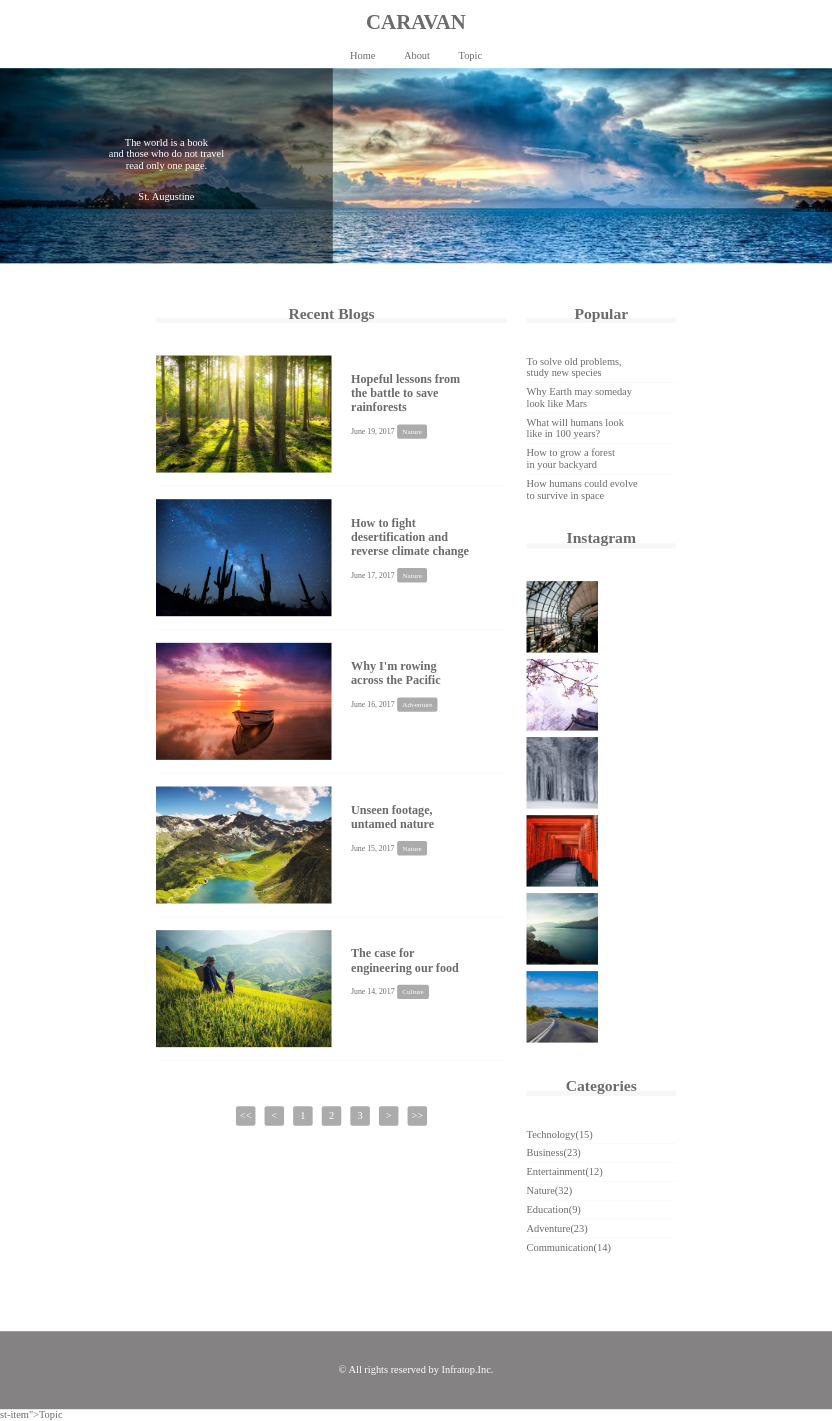
Repository: ayakodesu/html-practice
Page: caravan/index.html
The author's editor kept a record of every edit. The page is drawn from the files as they stood at one moment, then again after the next edit.
The browser window is 1280 px wide. The pictures show the whole page, at 65% of full size.

Above is the page before.

### caravan/index.html
<!DOCTYPE html>
<html lang="ja">
  <head>
    <meta charset="UTF-8" />
    <!-- CSSファイルの読み込み -->
    <link rel="stylesheet" href="style.css" />
    <title>CARAVAN</title>
  </head>

  <body>
    <!-- header -->
    <header>
      <h1 class="heading">
        <a href="index.html">
          CARAVAN
        </a>
      </h1>
    </header>

    <!-- navigation -->
    <nav>
      <ul class="nav-list">
        <li class="nav-list-item">
          <a href="index.html">Home</a>
        </li>
        <li class="nav-list-item">About</li>
        <li class="nav-list-item">Topic</li>
      </ul>
    </nav>

    <!-- main-visual用のdiv -->
    <div class="main-visual">
      <div class="main-visual-content">
        <p class="main-visual-text">
          The world is a book<br />
          and those who do not travel<br />
          read only one page.
        </p>
        <p class="main-visual-name">
          St. Augustine
        </p>
      </div>
    </div>

    <!-- main用のdiv -->
    <main>
      <section class="blog">
        <h2 class="blog-heading">Recent Blogs</h2>
        <div class="blog-box">
          <div class="blog-item">
            <img class="blog-image" src="img/forest.jpg" />
            <section class="blog-text">
              <h3 class="blog-text-heading">
                <a href="single.html">
                  Hopeful lessons from<br />
                  the battle to save<br />
                  rainforests
                </a>
              </h3>
              <p class="blog-date">June 19, 2017</p>
              <span class="category">Nature</span>
            </section>
          </div>
          <div class="blog-item">
            <img class="blog-image" src="img/desert.jpg" />
            <section class="blog-text">
              <h3 class="blog-text-heading">
                <a href="single.html">
                  How to fight<br />
                  desertification and<br />
                  reverse climate change
                </a>
              </h3>
              <p class="blog-date">June 17, 2017</p>
              <span class="category">Nature</span>
            </section>
          </div>
          <div class="blog-item">
            <img class="blog-image" src="img/sunset.jpg" />
            <section class="blog-text">
              <h3 class="blog-text-heading">
                <a href="single.html">
                  Why I'm rowing<br />
                  across the Pacific
                </a>
              </h3>
              <p class="blog-date">June 16, 2017</p>
              <span class="category">Adventure</span>
            </section>
          </div>
          <div class="blog-item">
            <img class="blog-image" src="img/italy.jpg" />
            <section class="blog-text">
              <h3 class="blog-text-heading">
                <a href="single.html">
                  Unseen footage,<br />
                  untamed nature
                </a>
              </h3>
              <p class="blog-date">June 15, 2017</p>
              <span class="category">Nature</span>
            </section>
          </div>
          <div class="blog-item">
            <img class="blog-image" src="img/asia.jpg" />
            <section class="blog-text">
              <h3 class="blog-text-heading">
                <a href="single.html">
                  The case for<br />
                  engineering our food
                </a>
              </h3>
              <p class="blog-date">June 14, 2017</p>
              <span class="category">Culture</span>
            </section>
          </div>
        </div>
        <div class="pagination">
          <p><<</p>
          <p><</p>
          <p>1</p>
          <p>2</p>
          <p>3</p>
          <p>></p>
          <p>>></p>
        </div>      </section>
      <div class="sidebar">
        <section class="popular">
          <h2 class="popular-heading common-heading">Popular</h2>
          <div class="sidebar-contents">
            <p class="popular-text">
              To solve old problems,<br />study new species
            </p>
            <p class="popular-text">
              Why Earth may someday<br />look like Mars
            </p>
            <p class="popular-text">
              What will humans look<br />like in 100 years?
            </p>
            <p class="popular-text">
              How to grow a forest<br />in your backyard
            </p>
            <p class="popular-text">
              How humans could evolve<br />to survive in space
            </p>
          </div>
        </section>
        <section class="instagram">
          <h2 class="instagram-heading common-heading">Instagram</h2>
          <div class="sidebar-contents">
            <div class="instagram-box"></div>
            <div class="instagram-box"></div>
            <div class="instagram-box"></div>
            <div class="instagram-box"></div>
            <div class="instagram-box"></div>
            <div class="instagram-box"></div>
          </div>
        </section>
        <section class="categories">
          <h2 class="categories-heading common-heading">Categories</h2>
          <div class="sidebar-contents">
            <p class="categories-text">Technology(15)</p>
            <p class="categories-text">Business(23)</p>
            <p class="categories-text">Entertainment(12)</p>
            <p class="categories-text">Nature(32)</p>
            <p class="categories-text">Education(9)</p>
            <p class="categories-text">Adventure(23)</p>
            <p class="categories-text">Communication(14)</p>
          </div>
        </section>
      </div>
    </main>

    <!-- footer -->
    <footer>
      <p class="footer-text">© All rights reserved by Infratop.Inc.</p>
    </footer>
  </body>
</html>st-item">Topic</li>
      </ul>
    </nav>

### caravan/style.css
/* ブラウザがそれぞれ持っているCSSをリセットするための記述*/
 * {
  margin: 0;
  padding: 0;
  box-sizing: border-box;
  color: #6c6b6b;
}

a {
  text-decoration: none;
}

header {
  width: 90%; /* 横幅90% */
  padding: 15px 0;
  margin: 0 auto;
  text-align: center;
}

header .heading { /* headerタグ内のheadingクラスにのみ反映される */
  font-size: 32px;
}

.nav-list {
  text-align: center;
  padding: 10px 0;
  margin: 0 auto;
}

.nav-list-item {
  list-style: none;
  display: inline-block;
  margin: 0 20px;
}

.main-visual {
  width: 100%; /* 横幅いっぱい */
  height: 300px; /* 高さ300px */
   background-image: url(img/mv.jpg);
   background-size: cover;
   background-position: center;
}

.main-visual-content {
  width: 40%;
  height: 300px;
  background-color: rgba( 0, 0, 0, 0.5);
  text-align: center;
  padding-top: 105px;
}

.main-visual-text {
  color: #fff; /* 文字色を白に変更 */
}

.main-visual-name {
  margin-top: 30px; /* 上側の外側の余白 */
  color: #fff; /* 文字色を白に変更 */
}

main {
  width: 800px;
  display:flex;
  justify-content: center;
  margin: 0 auto;
  padding: 70px 0;
}


.blog {
  width: 540px;
  margin-right: 30px;
}

.blog-heading {
  border-bottom: 8px solid #f7f7f7;
  text-align: center;
  line-height: 0.6;
}

.blog-box {
  padding-top: 50px;
}

.blog-item {
  padding-bottom: 20px;
  margin-bottom: 20px;
  border-bottom: 1px solid #f7f7f7;
  display: flex;
  justify-content: flex-start;
}

.blog-image {
  height: 180px;
}

.blog-text {
  padding: 25px 0 0 30px;
}

.blog-text-heading {
  padding-bottom: 15px;
}



.blog-date {
  font-size: 12px;
  display: inline-block;
}

.category {
  display: inline-block;
  padding: 5px 8px;
  background-color: #acabab;
  border-radius: 3px;
  color: #fff;
  font-size: 11px;
}

.pagination {
  text-align: center;
  padding-top: 50px;
}

.pagination p {
  display: inline-block;
  width: 30px;
  height: 30px;
  margin: 0 5px;
  color: #fff;
  background-color: #acabab;
  border-radius: 3px;
  line-height: 30px;
}



.sidebar {
  width: 230px;
}

.common-heading {
  border-bottom: 8px solid #f7f7f7;
  text-align: center;
  line-height: 0.6;
}

.sidebar-contents {
  padding: 50px 0;
}

.popular-text,
.categories-text {
  padding-bottom: 5px;
  border-bottom: 1px solid #f7f7f7;
  margin-bottom: 5px;
}

.popular-text:last-child,
.categories-text:last-child {
  margin: 0;
  padding: 0;
  border: none;
}

.instagram .sidebar-contents {
  deisplay: flex;
  flex-wrap: wrap;
}

.instagram-box {
  width: 110px;
  padding-top: 110px;
  background-size: cover;
  background-position: center;
  margin-bottom: 10px;
}

.instagram-box:nth-child(odd) {
  margin: 0 10px 10px 0;
}

.instagram-box:nth-child(1) {
  background-image: url(img/airport.jpg);
}

.instagram-box:nth-child(2) {
  background-image: url(img/japan.jpg);
}

.instagram-box:nth-child(3) {
  background-image: url(img/snow.jpg);
}

.instagram-box:nth-child(4) {
  background-image: url(img/japan2.jpg);
}

.instagram-box:nth-child(5) {
  background-image: url(img/lake.jpg);
}

.instagram-box:nth-child(6) {
  background-image: url(img/road.jpg);
}






footer {
  width: 100%;
  height: 120px;
  text-align: center;
  line-height: 120px;
  background-color: #848282;
}

.footer-text {
  color: #fff;
}

After the next edit:
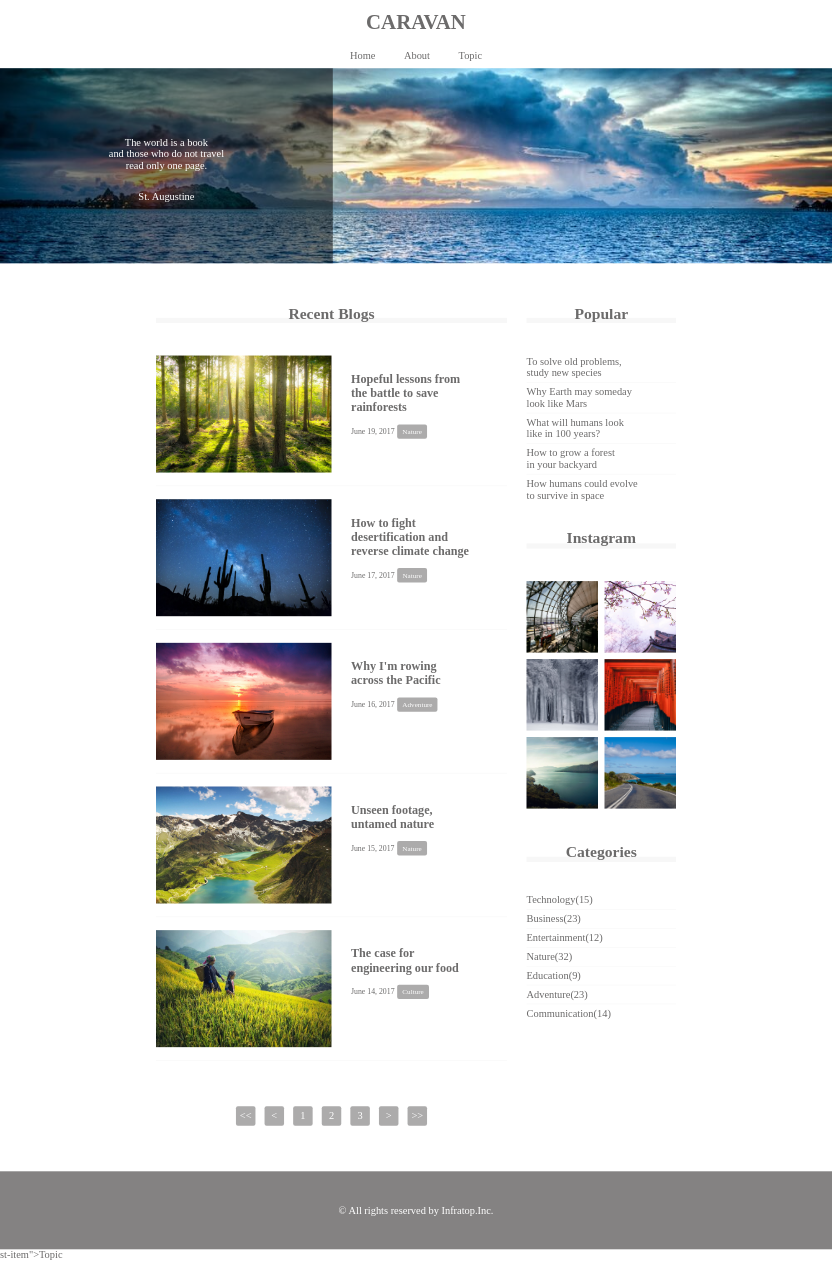
The edit:
--- a/caravan/style.css
+++ b/caravan/style.css
@@ -1,5 +1,5 @@
-/* ブラウザがそれぞれ持っているCSSをリセットするための記述*/
- * {
+/* ブラウザがそれぞれ持っているCSSをリセットするための記述 */
+* {
   margin: 0;
   padding: 0;
   box-sizing: border-box;
@@ -17,7 +17,8 @@
   text-align: center;
 }
 
-header .heading { /* headerタグ内のheadingクラスにのみ反映される */
+header .heading {
+  /* headerタグ内のheadingクラスにのみ反映される */
   font-size: 32px;
 }
 
@@ -36,17 +37,17 @@
 .main-visual {
   width: 100%; /* 横幅いっぱい */
   height: 300px; /* 高さ300px */
-   background-image: url(img/mv.jpg);
-   background-size: cover;
-   background-position: center;
+  background-image: url(img/mv.jpg);
+  background-size: cover; /* 縦横比を維持したまま背景領域を埋め尽くす */
+  background-position: center; /* 背景画像を中央に配置 */
 }
 
 .main-visual-content {
-  width: 40%;
-  height: 300px;
-  background-color: rgba( 0, 0, 0, 0.5);
-  text-align: center;
-  padding-top: 105px;
+  width: 40%; /* 横幅40% */
+  height: 300px; /* 親の高さに揃える */
+  background-color: rgba(0, 0, 0, 0.5); /* 背景色を半透明の黒にする */
+  text-align: center; /* 文字を中央揃えにする */
+  padding-top: 105px; /* 上側の内側余白で垂直方向の位置を調整 */
 }
 
 .main-visual-text {
@@ -59,17 +60,16 @@
 }
 
 main {
-  width: 800px;
-  display:flex;
-  justify-content: center;
-  margin: 0 auto;
-  padding: 70px 0;
-}
-
+  width: 800px; /* 横幅800px */
+  display: flex; /* Flexboxの利用 */
+  justify-content: center; /* 要素の横並び・中央寄せ */
+  margin: 0 auto; /* 要素の中央揃え */
+  padding: 70px 0; /* 上下に70px、左右に0pxの内側余白 */
+}
 
 .blog {
   width: 540px;
-  margin-right: 30px;
+  margin-right: 30px; /* 領域の右側余白 */
 }
 
 .blog-heading {
@@ -101,8 +101,6 @@
 .blog-text-heading {
   padding-bottom: 15px;
 }
-
-
 
 .blog-date {
   font-size: 12px;
@@ -134,8 +132,6 @@
   line-height: 30px;
 }
 
-
-
 .sidebar {
   width: 230px;
 }
@@ -165,7 +161,7 @@
 }
 
 .instagram .sidebar-contents {
-  deisplay: flex;
+  display: flex;
   flex-wrap: wrap;
 }
 
@@ -178,7 +174,7 @@
 }
 
 .instagram-box:nth-child(odd) {
-  margin: 0 10px 10px 0;
+  margin-right: 10px;
 }
 
 .instagram-box:nth-child(1) {
@@ -204,11 +200,6 @@
 .instagram-box:nth-child(6) {
   background-image: url(img/road.jpg);
 }
-
-
-
-
-
 
 footer {
   width: 100%;
